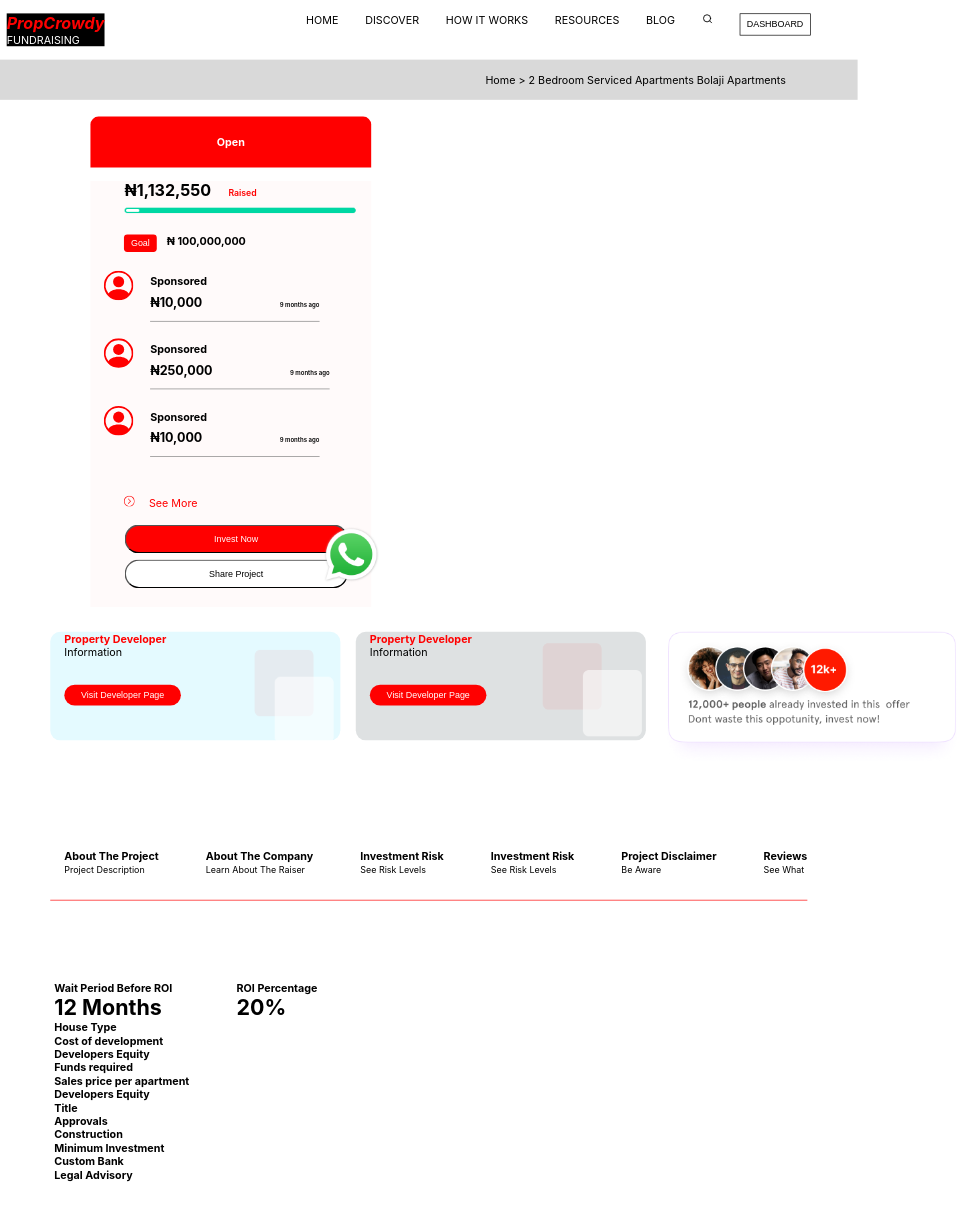
Repository: uh-sman/Popcrowdy
Page: /
These files come from the project's save history. The page is drawn as it stood at one moment and after the next save; the edit follows.
The browser window is 1280 px wide. The page is 1437 px wide, so the pictures cover 1437 px, including what lies to the right of the window. The pictures show the whole page, at 67% of full size.
The project was rebuilt for these pictures with package versions that can differ from the ones it lists, and the page was loaded fresh each time. Also part of the build but not shown: src/components/Section/carousel.css, src/components/Section/Carousel.js.

Above is the page before, as saved 2022-11-15 07:35:18.

After the next save:
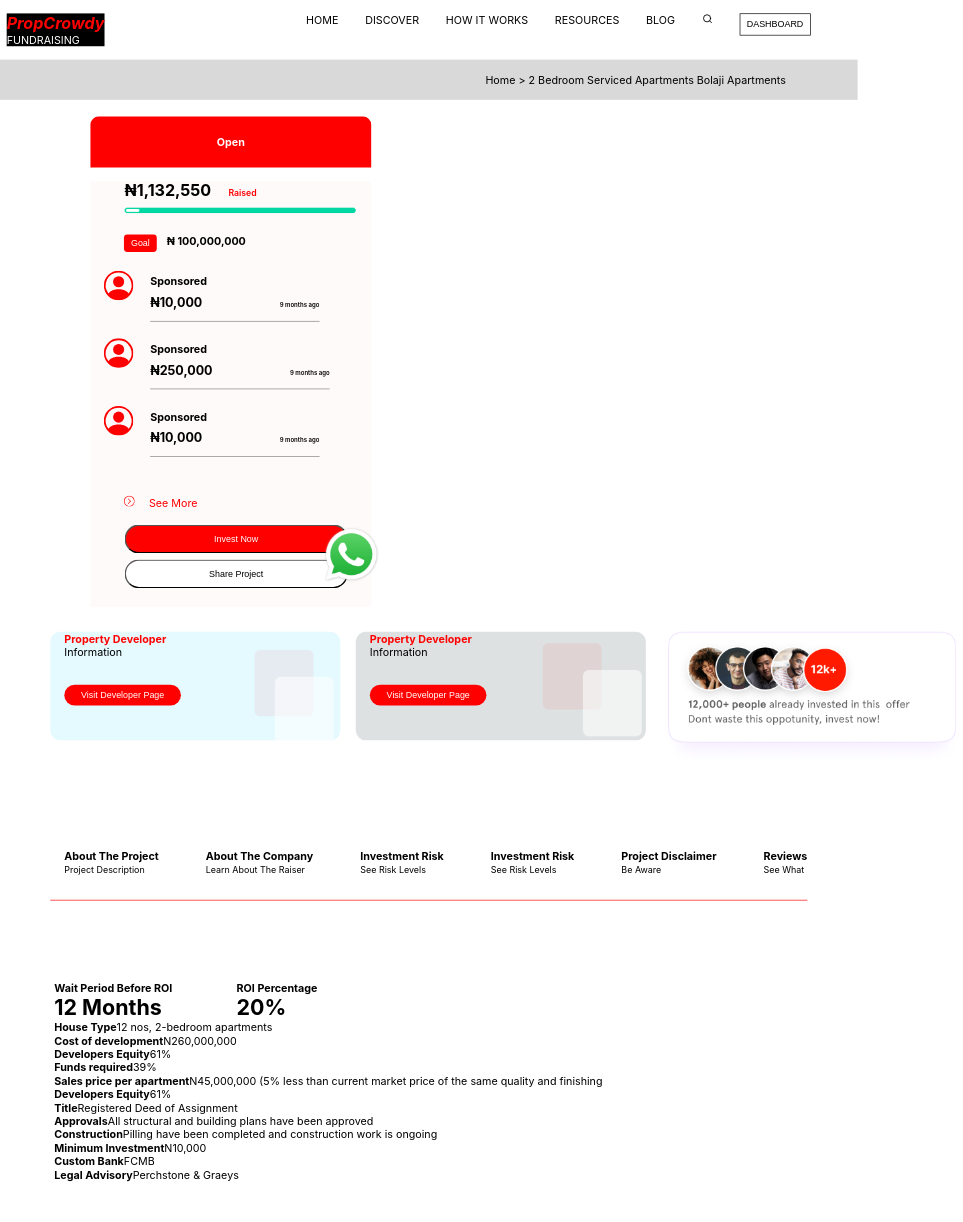
Saved 47 s later.
--- a/src/components/Footer/Graph.jsx
+++ b/src/components/Footer/Graph.jsx
@@ -10,6 +10,7 @@
             <div>
               <div className="bars">
                 <h4>{description}</h4>
+                <li>{subtext}</li>
               </div>
             </div>
           );
